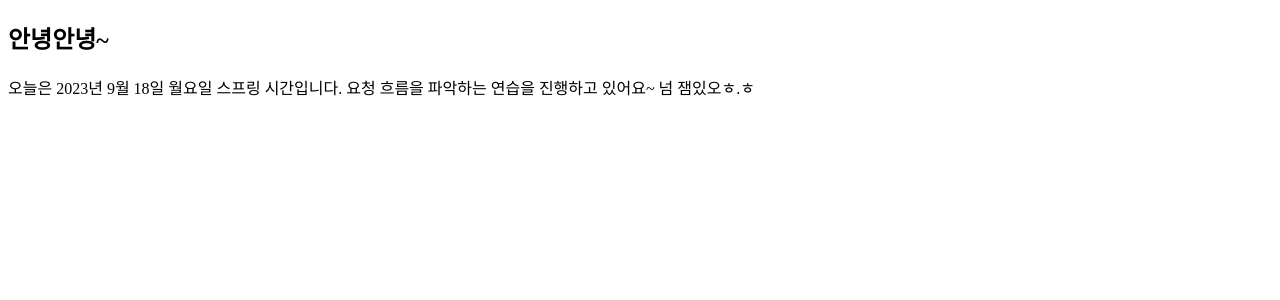
Repository: yoojinChung98/spring-work
Page: http://localhost/SpringWebBasic/WEB-INF/views/test.jsp
These files come from the project's save history. The page is drawn as it stood at one moment and after the next save; the edit follows.
The browser window is 1280 px wide. The pictures show the whole page.
The page is served by Tomcat 9. Nobody is signed in. The template is opened directly, without the code that normally fills it, so the values that code supplies are empty.

Above is the page before, as saved 2023-09-18 04:24:44.

After the next save:
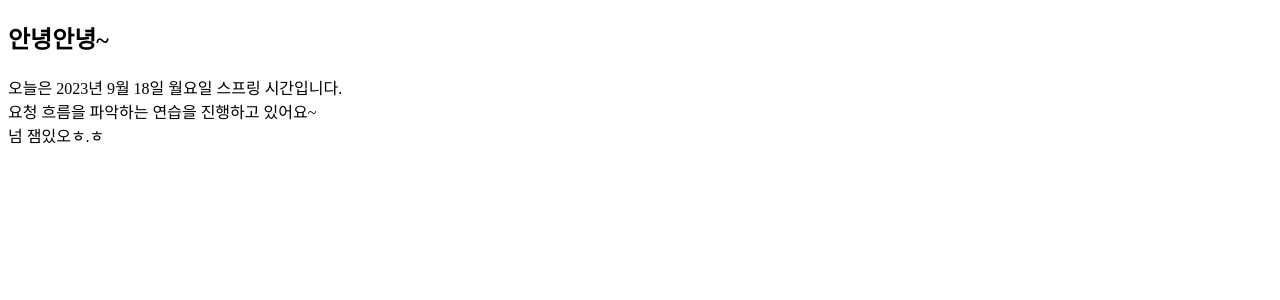
Saved 70 min 46 s later.
--- a/SpringWebBasic/src/main/webapp/WEB-INF/views/test.jsp
+++ b/SpringWebBasic/src/main/webapp/WEB-INF/views/test.jsp
@@ -10,8 +10,8 @@
 
 	<h2>안녕안녕~</h2>
 	<p>
-		오늘은 2023년 9월 18일 월요일 스프링 시간입니다.
-		요청 흐름을 파악하는 연습을 진행하고 있어요~
+		오늘은 2023년 9월 18일 월요일 스프링 시간입니다. <br/>
+		요청 흐름을 파악하는 연습을 진행하고 있어요~ <br/>
 		넘 잼있오ㅎ.ㅎ
 	</p>
 
